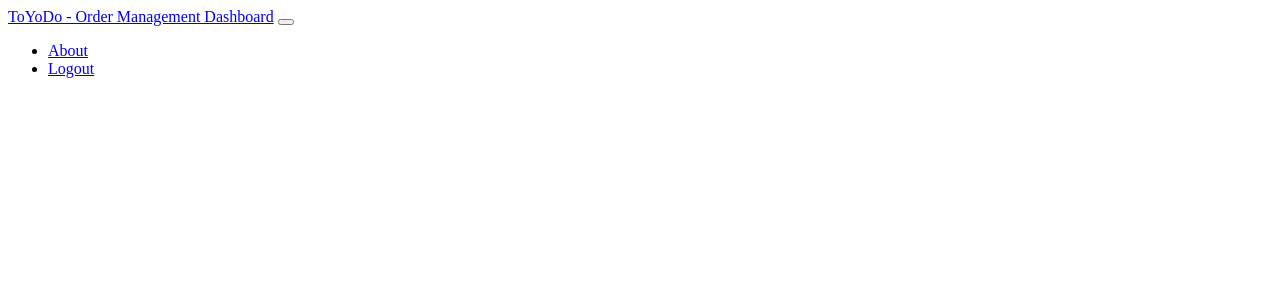
Repository: hrishibhattu/CodeFury-Internal-2
Page: ToYoDo/WebContent/WEB-INF/nav/dashboardNav.html
The author's editor kept a copy of each file at every save. The page is drawn from the files as they stood at one save, then again after the next save.
The browser window is 1280 px wide. The pictures show the whole page.

Above is the page before, as saved 2021-09-18 12:51:48.

### ToYoDo/WebContent/WEB-INF/nav/dashboardNav.html
<nav class="navbar navbar-expand-lg navbar-dark bg-dark">
  <a class="navbar-brand" href="#">ToYoDo - Order Management Dashboard</a>
  <button class="navbar-toggler" type="button" data-toggle="collapse" data-target="#navbarSupportedContent" aria-controls="navbarSupportedContent" aria-expanded="false" aria-label="Toggle navigation">
    <span class="navbar-toggler-icon"></span>
  </button>

  <div class="collapse navbar-collapse" id="navbarSupportedContent">
    <ul class="navbar-nav mr-auto">
      <li class="nav-item">
        <a class="nav-link" href="#">About</a>
      </li>
      <li class="nav-item">
        <a class="nav-link" href="/ToYoDo/Logout">Logout</a>
      </li>
    </ul>
  </div>
</nav>

After the next save:
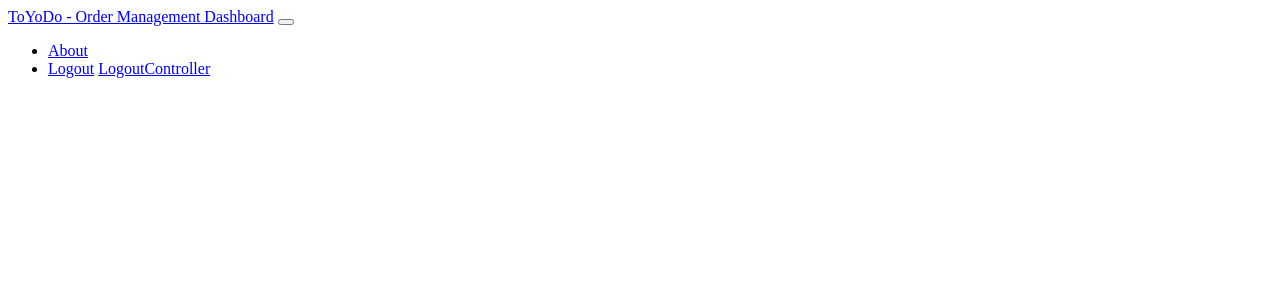
Saved 3 h 34 min later.
--- a/ToYoDo/WebContent/WEB-INF/nav/dashboardNav.html
+++ b/ToYoDo/WebContent/WEB-INF/nav/dashboardNav.html
@@ -11,6 +11,7 @@
       </li>
       <li class="nav-item">
         <a class="nav-link" href="/ToYoDo/Logout">Logout</a>
+         <a class="nav-link" href="/ToYoDo/Logout">LogoutController</a>
       </li>
     </ul>
   </div>
